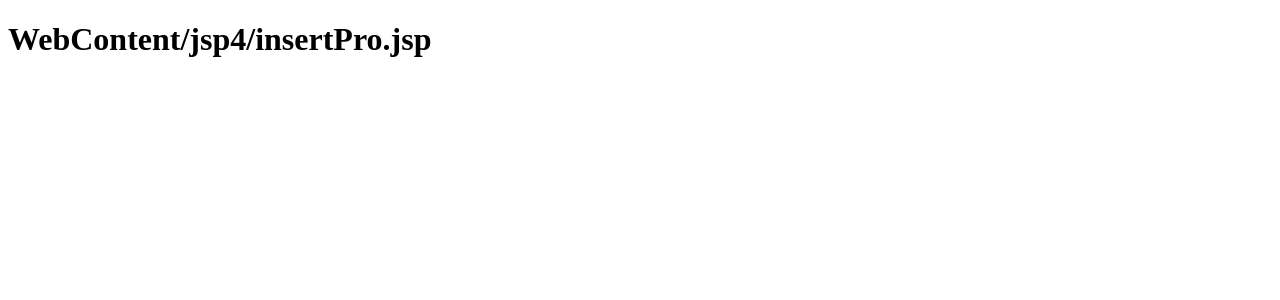
Repository: ReadStar/workspace_jsp
Page: http://localhost/StudyJSP/jsp4/insertPro.jsp
These files come from the project's save history. The page is drawn as it stood at one moment and after a run of saves; the edit follows.
The browser window is 1280 px wide. The pictures show the whole page.
The page is served by Tomcat 9. Other server files are loaded and not shown.

Above is the page before, as saved 2020-08-25 05:32:10.

### StudyJSP/WebContent/jsp4/insertPro.jsp
<%@page import ="java.sql.Timestamp" %>
<%@ page language="java" contentType="text/html; charset=UTF-8"
    pageEncoding="UTF-8"%>
<!DOCTYPE html>
<html>
<head>
<meta charset="UTF-8">
<title>Insert title here</title>
</head>
<body>
<h1>WebContent/jsp4/insertPro.jsp</h1>

</form>
</body>
</html>

After the next 2 saves:
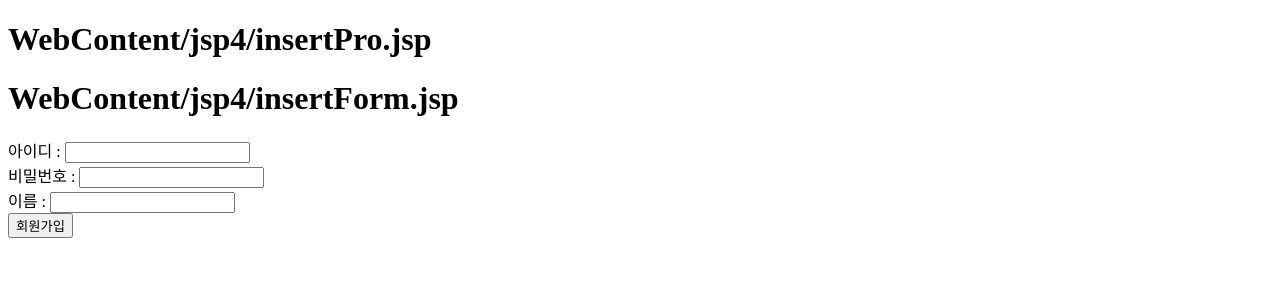
The 2 saves are shown as one change because they came seconds apart.
The last was saved 66 s later.
--- a/StudyJSP/WebContent/jsp4/insertPro.jsp
+++ b/StudyJSP/WebContent/jsp4/insertPro.jsp
@@ -9,6 +9,12 @@
 </head>
 <body>
 <h1>WebContent/jsp4/insertPro.jsp</h1>
+<h1>WebContent/jsp4/insertForm.jsp</h1>
+<form action = "insertPro.jsp" method="post">
+아이디 : <input type="text" name="id"><br>
+비밀번호 : <input type="text" name="pass"><br>
+이름 : <input type="text" name="name"><br>
+<input type="submit" value="회원가입">
 
 </form>
 </body>
